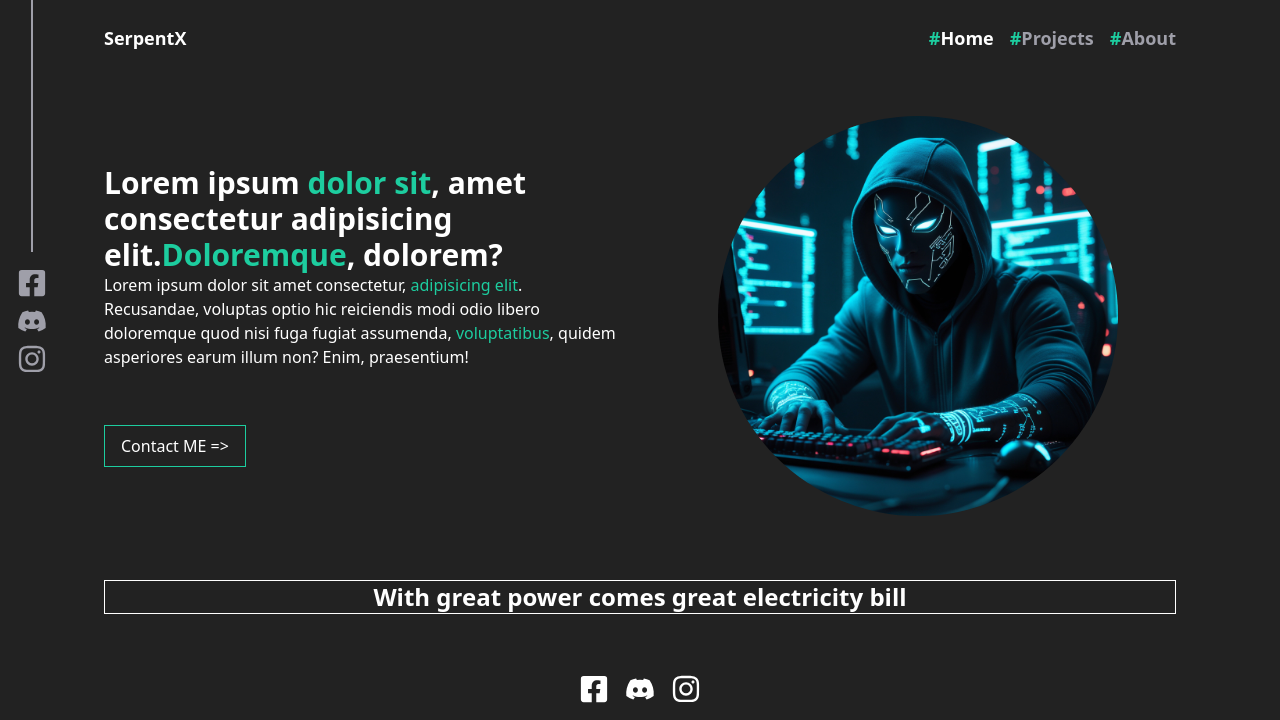
Repository: SERPENTX03/Portfolio-Tutorial
Page: /
The author's editor kept a copy of each file at every save. The page is drawn from the files as they stood at one save, then again after the next save.
The browser window is 1280 px wide. The pictures show the whole page.
The project was rebuilt for these pictures with package versions that can differ from the ones it lists, and the page was loaded fresh each time. The framework's server and built-in components were replaced by stand-ins that run in the browser. Also part of the build but not shown: next.config.ts.

Above is the page before, as saved 2025-04-19 20:57:37.

### app/layout.tsx
import type { Metadata } from "next";
import { Geist, Geist_Mono } from "next/font/google";
import "./globals.css";
import SideContact from "@/components/SideContact";
import Navbar from "@/components/nav/Navbar";

const geistSans = Geist({
  variable: "--font-geist-sans",
  subsets: ["latin"],
});

const geistMono = Geist_Mono({
  variable: "--font-geist-mono",
  subsets: ["latin"],
});

export const metadata: Metadata = {
  title: "Create Next App",
  description: "Generated by create next app",
};

export default function RootLayout({
  children,
}: Readonly<{
  children: React.ReactNode;
}>) {
  return (
    <html lang="en">
      <body
        className={`${geistSans.variable} ${geistMono.variable} antialiased`}
      >
        <SideContact />
        <main className="max-w-[1200px] mx-auto sm:px-16 px-3">
          <Navbar />
          {children}
        </main>
      </body>
    </html>
  );
}

### app/page.tsx
import Hero from "@/components/Hero";

const Home = () => {
  return (
    <div>
      <Hero />
    </div>
  );
};
export default Home;

### app/globals.css
@import "tailwindcss";

@theme {
  --color-primary: #1dcd9f;
  --color-background: #222222;
  --color-text: #9f9fa9;
}

@utility hover-btn {
  @apply hover:bg-primary/30 transition-colors duration-300 ease-in-out;
}

body {
  background-color: var(--color-background);
  color: white;
}

### components/SideContact.tsx
import Link from "next/link";
import { FaFacebookSquare } from "react-icons/fa";
import { FaDiscord } from "react-icons/fa";
import { FaInstagram } from "react-icons/fa";

const SideContact = () => {
  return (
    <div className="fixed top-0 left-0 w-16 lg:flex flex-col hidden ">
      {/* Line */}
      <div className="h-[35vh] relative">
        <div className="h-full border border-text absolute top-0 left-1/2 -translate-x-1/2"></div>
      </div>
      {/* Socials */}
      <div className="text-text mt-4 flex flex-col gap-2 items-center">
        <Link target="_blank" href="https://www.facebook.com/serpentx.dev">
          <FaFacebookSquare size={30} />
        </Link>
        <Link target="_blank" href="https://discord.gg/serpentx">
          <FaDiscord size={30} />
        </Link>
        <Link target="_blank" href="https://www.instagram.com/serpentx.dev">
          <FaInstagram size={30} />
        </Link>
      </div>
    </div>
  );
};
export default SideContact;

### components/nav/Navbar.tsx
import MenuHamburger from "./MenuHamburger";
import Navlink from "./Navlink";

const Navbar = () => {
  return (
    <div className="flex justify-between items-center py-6">
      <h1 className="text-lg font-semibold ">SerpentX</h1>
      <Navlink />
      <MenuHamburger />
    </div>
  );
};
export default Navbar;

### components/Hero.tsx
import Image from "next/image";

const Hero = () => {
  return (
    <section className="mt-10">
      <div className="flex flex-col sm:flex-row justify-between gap-10 items-center">
        <div className="w-full sm:w-1/2">
          <h2 className="text-3xl font-bold">
            Lorem ipsum <span className="text-primary">dolor sit</span>, amet
            consectetur adipisicing elit.
            <span className="text-primary">Doloremque</span>, dolorem?
          </h2>
          <p>
            Lorem ipsum dolor sit amet consectetur,{" "}
            <span className="text-primary">adipisicing elit</span>. Recusandae,
            voluptas optio hic reiciendis modi odio libero doloremque quod nisi
            fuga fugiat assumenda,{" "}
            <span className="text-primary">voluptatibus</span>, quidem
            asperiores earum illum non? Enim, praesentium!
          </p>
          <button className="hover-btn border border-primary px-4 py-2 mt-14 cursor-pointer">
            Contact ME ={">"}
          </button>
        </div>
        <div className="w-full sm:w-1/2 flex justify-center">
          <Image
            className="object-cover rounded-full"
            src="/images/hero.jpg"
            alt="hero"
            width={400}
            height={400}
          />
        </div>
      </div>
      <div className="mt-16">
        <h5 className="text-center text-2xl font-bold border">
          With great power comes great electricity bill
        </h5>
      </div>
    </section>
  );
};
export default Hero;

### components/nav/MenuHamburger.tsx
"use client";
import { RiMenuFoldLine } from "react-icons/ri";
import { links } from "@/data/NavLink";
import { useEffect, useState } from "react";
import { IoClose } from "react-icons/io5";
import Link from "next/link";
import { usePathname } from "next/navigation";
import { motion, AnimatePresence } from "framer-motion";
import { FaDiscord, FaFacebookSquare, FaInstagram } from "react-icons/fa";

const MenuHamburger = () => {
  const [isOpen, setIsOpen] = useState(false);
  const pathname = usePathname();

  const handleOpen = () => {
    setIsOpen(!isOpen);
  };

  useEffect(() => {
    setIsOpen(false); // ปิดเมนูเมื่อ path เปลี่ยน
  }, [pathname]);
  return (
    <>
      <AnimatePresence mode="wait">
        {isOpen ? (
          <motion.div
            key="close"
            initial={{ rotate: -90, opacity: 0 }}
            animate={{ rotate: 0, opacity: 1 }}
            exit={{ rotate: 90, opacity: 0 }}
            transition={{ duration: 0.2 }}
            className="cursor-pointer block md:hidden z-50"
            onClick={handleOpen}
          >
            <IoClose size={30} />
          </motion.div>
        ) : (
          <motion.div
            key="menu"
            initial={{ rotate: 90, opacity: 0 }}
            animate={{ rotate: 0, opacity: 1 }}
            exit={{ rotate: -90, opacity: 0 }}
            transition={{ duration: 0.3 }}
            className="cursor-pointer block md:hidden z-10"
            onClick={handleOpen}
          >
            <RiMenuFoldLine size={30} />
          </motion.div>
        )}
      </AnimatePresence>
      {isOpen && (
        <ul className="fixed top-0 left-0 w-full h-screen bg-background ">
          <h1 className="text-2xl font-bold m-3">SerpentX</h1>
          {links.map((nav, index) => (
            <li
              key={index}
              className={`text-2xl m-3 font-semibold text-text ${
                pathname === nav.href ? "text-white" : "text-text"
              }`}
            >
              <Link href={nav.href}>
                <span className="text-primary">#</span>
                {nav.label}
              </Link>
            </li>
          ))}
        </ul>
      )}
      <div className="fixed bottom-4 left-1/2 -translate-x-1/2 flex gap-4">
        <Link target="_blank" href="https://www.facebook.com/serpentx.dev">
          <FaFacebookSquare size={30} />
        </Link>
        <Link target="_blank" href="https://discord.gg/serpentx">
          <FaDiscord size={30} />
        </Link>
        <Link target="_blank" href="https://www.instagram.com/serpentx.dev">
          <FaInstagram size={30} />
        </Link>
      </div>
    </>
  );
};
export default MenuHamburger;

### components/nav/Navlink.tsx
"use client";
import { links } from "@/data/NavLink";
import Link from "next/link";
import { usePathname } from "next/navigation";

const Navlink = () => {
  const pathname = usePathname();
  return (
    <ul className="md:flex gap-4 hidden ">
      {links.map((nav, index) => (
        <li
          key={index}
          className={`text-lg font-semibold text-text ${
            pathname === nav.href ? "text-white" : "text-text"
          }`}
        >
          <Link href={nav.href}>
            <span className="text-primary">#</span>
            {nav.label}
          </Link>
        </li>
      ))}
    </ul>
  );
};
export default Navlink;

### data/NavLink.ts
export const links = [
  {
    label: "Home",
    href: "/",
  },
  {
    label: "Projects",
    href: "/projects",
  },
  {
    label: "About",
    href: "/about",
  },
];

After the next save:
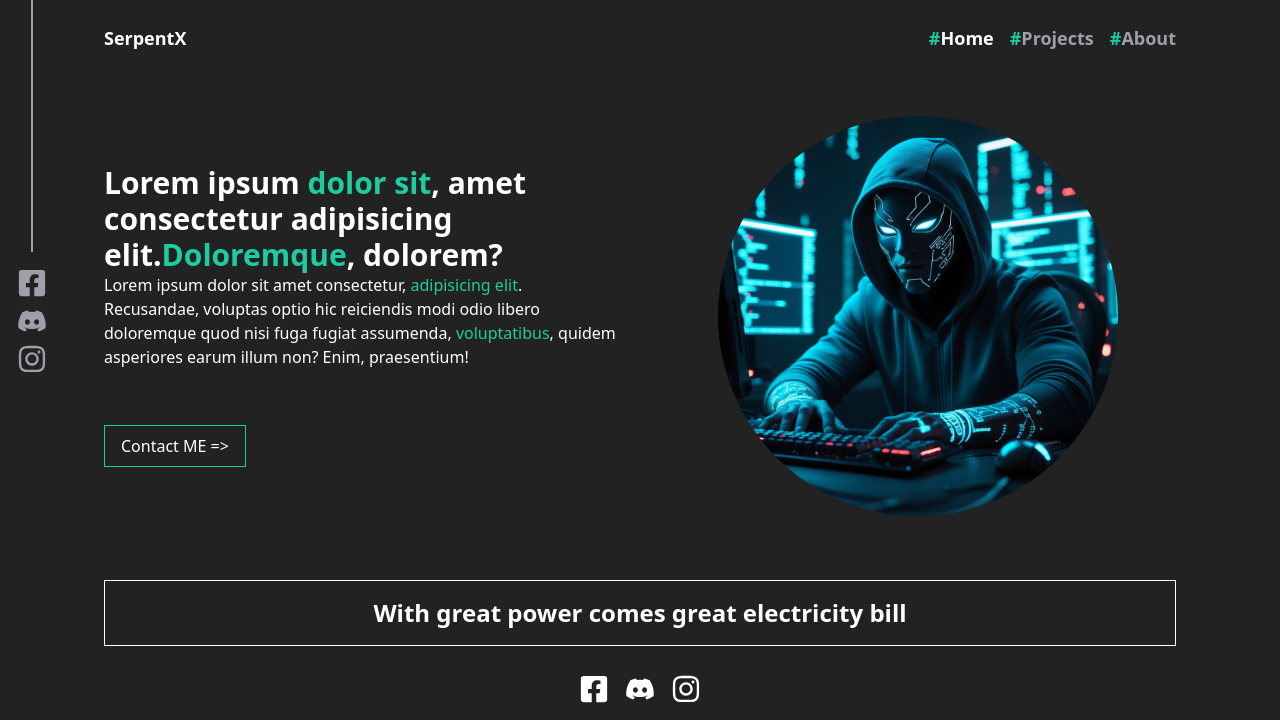
Saved 7 s later.
--- a/components/Hero.tsx
+++ b/components/Hero.tsx
@@ -33,7 +33,7 @@ const Hero = () => {
         </div>
       </div>
       <div className="mt-16">
-        <h5 className="text-center text-2xl font-bold border">
+        <h5 className="text-center text-2xl font-bold border py-4">
           With great power comes great electricity bill
         </h5>
       </div>
